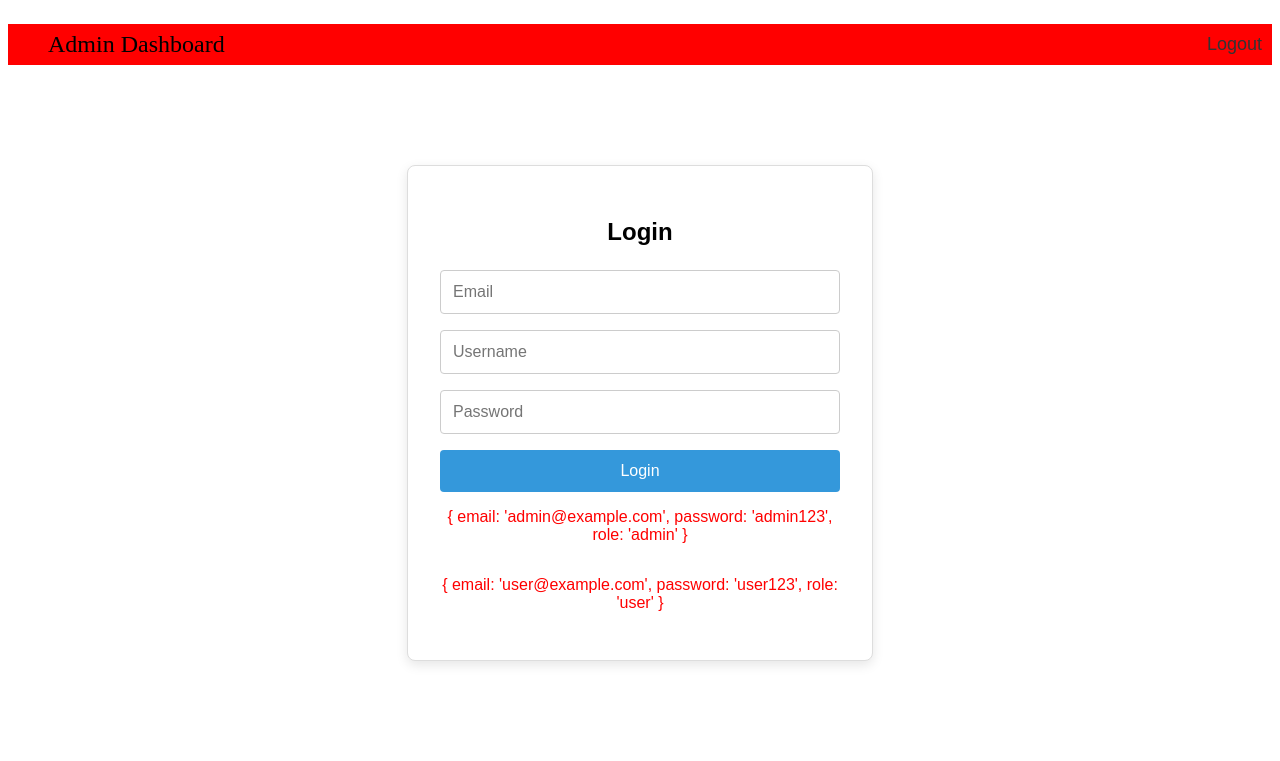
Repository: Edmund-Kiama/todoPHP
Page: / (app in task-manager-frontend/)
The author's editor kept a copy of each file at every save. The page is drawn from the files as they stood at one save, then again after the next save.
The browser window is 1280 px wide. The pictures show the whole page.
The project was rebuilt for these pictures with package versions that can differ from the ones it lists, and the page was loaded fresh each time. Also part of the build but not shown: task-manager-frontend/vite.config.js, task-manager-frontend/src/components/Admin/admin.css, task-manager-frontend/src/components/Admin/AdminDashboard.vue, task-manager-frontend/src/components/User/user.css, task-manager-frontend/src/components/User/UserDashboard.vue.

Above is the page before, as saved 2025-07-12 21:44:09.

After the next save:
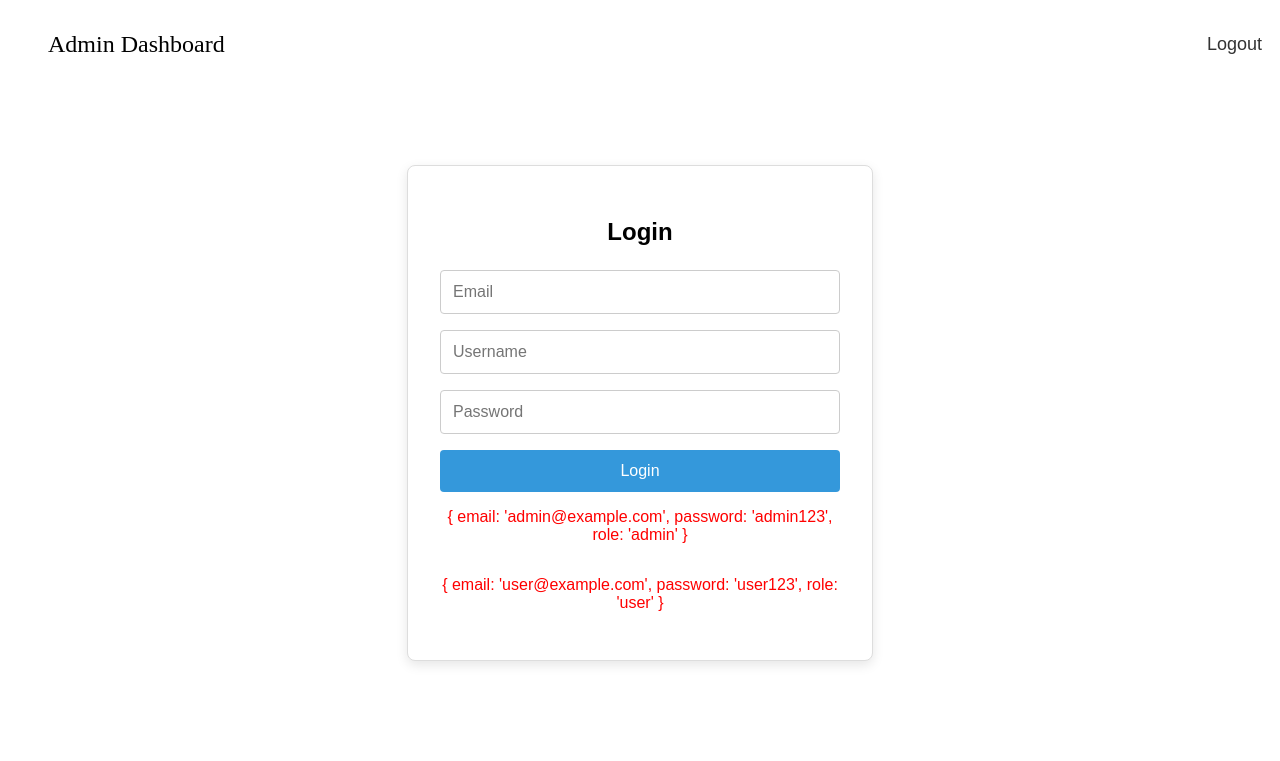
Saved 8 s later.
--- a/task-manager-frontend/src/components/Navbar/nav.css
+++ b/task-manager-frontend/src/components/Navbar/nav.css
@@ -1,6 +1,4 @@
-.navbar {
-    background: red;
-}
+
 .navbar ul {
     display: flex;
     justify-content: space-between;
